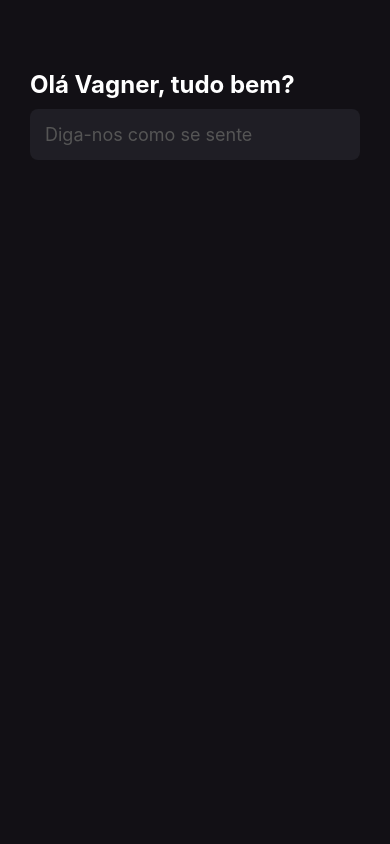
Repository: vagnereix/01-myskills-trilha-react-native
Screen: /
The author's editor kept a copy of each file at every save. The screen is drawn from the files as they stood at one save, then again after the next save.
The app was drawn by React Native's web renderer in a window 390 px wide. The project was rebuilt for these pictures with package versions that can differ from the ones it lists, and the page was loaded fresh each time.

Above is the screen before, as saved 2021-06-17 17:24:10.

After the next save:
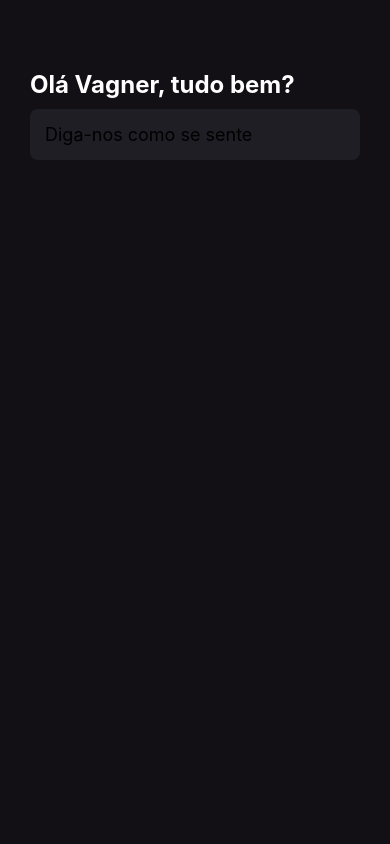
Saved 8 s later.
--- a/pages/home.tsx
+++ b/pages/home.tsx
@@ -9,7 +9,7 @@
         <TextInput
             style={styles.input}
             placeholder="Diga-nos como se sente"
-            placeholderTextColor="#555"
+            // placeholderTextColor="#555"
         />
       </View>
     );

After the 2 saves that followed:
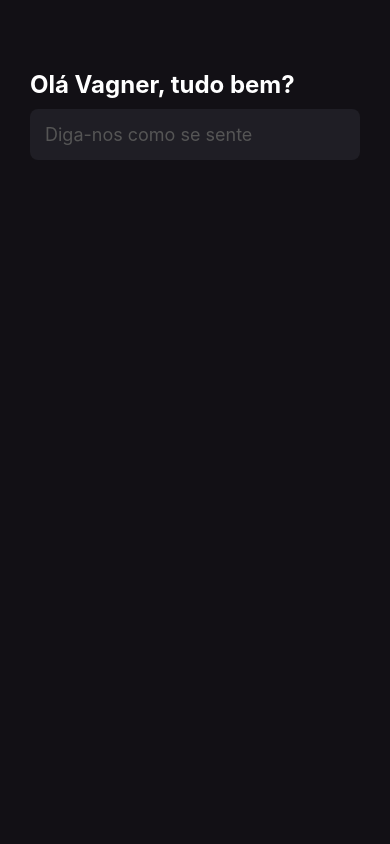
The 2 saves are shown as one change because 1 left the picture as it was.
The last was saved 20 s later.
--- a/pages/home.tsx
+++ b/pages/home.tsx
@@ -9,7 +9,7 @@
         <TextInput
             style={styles.input}
             placeholder="Diga-nos como se sente"
-            // placeholderTextColor="#555"
+            placeholderTextColor="#555"
         />
       </View>
     );
